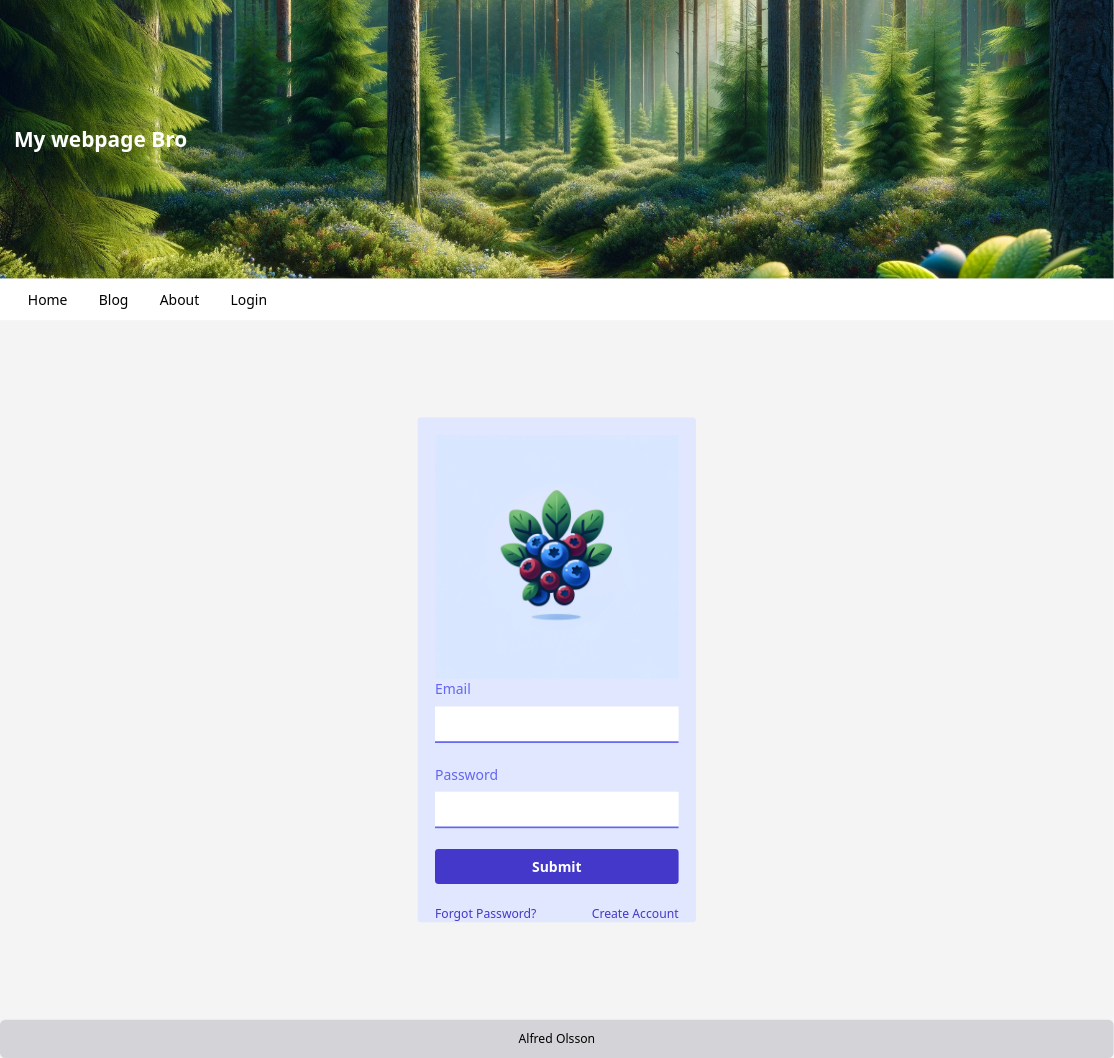
Repository: AlligatorAffe/reactWebsite
Page: /pages/login
These files come from the project's save history. The page is drawn as it stood at one moment and after the next save; the edit follows.
The browser window is 1280 px wide. The pictures show the whole page, at 87% of full size.
The project was rebuilt for these pictures with package versions that can differ from the ones it lists, and the page was loaded fresh each time. Also part of the build but not shown: vite.config.ts, src/Pages/blog.tsx, src/Pages/about.tsx, src/Components/Animation.tsx, src/Pages/noPage.tsx, src/Pages/Home.tsx.

Above is the page before, as saved 2024-02-06 11:04:34.

### src/App.tsx
import { BrowserRouter as Router, Routes, Route } from "react-router-dom";
import "./tailwind.css"; // Uppdatera sökvägen till din Tailwind CSS-fil

import Blog from "./Pages/blog";
import About from "./Pages/about";
import Login from "./Pages/login";

import NoPage from "./Pages/noPage";
import Layout from "./Components/Layout";
import Home from "./Pages/Home";

function App() {
  return (
    <Router>
      <Routes>
        <Route path="/" element={<Layout />}>
          <Route index element={<Home />} />
          <Route path="blogpost" element={<Blog />} />
          <Route path="pages/about" element={<About />} />
          <Route path="pages/login" element={<Login />} />
          <Route path="*" element={<NoPage />} />
          {/* Lägg till fler rutter efter behov */}
        </Route>
      </Routes>
    </Router>
  );
}

export default App;

/*
return (
  <>
    <Header title="Mitt project i landvetter"></Header>
    <div className="pb-60">
      <h1 className=" text-fuchsia-700">HEJ FRÅN FRAMSIDAN</h1>
    </div>
    <div className="card">
      <button onClick={() => setCount((count) => count + 1)}>
        count is {count}
      </button>
    </div>
  </>
);
}

*/

### src/tailwind.css
@tailwind base;
@tailwind components;
@tailwind utilities;


@layer components {
  .animate,
  .animate-reversed {
      display: flex;
      animation: scroll 40s linear infinite;
  }

  .animate-reversed {
      animation-direction: reverse;
  }

  @keyframes scroll {
    0%{

      transform: translateX(0);
    }
    100%{

      transform: translate(-50%);
    }
  }
  .blend-multiply {
    mix-blend-mode: multiply;
  }

}

### src/Pages/login.tsx
/* eslint-disable @typescript-eslint/no-unused-vars */
import {useRef, useEffect, useState } from "react";
import { Link, useNavigate } from "react-router-dom";
import { isUserLoggedIn } from "../Components/IsUserLoggedIn";

const USER_REGEX = /^[a-zA-Z][a-zA-Z0-9-_]{3,23}$/;
const PWD_REGEX = /^(?=.*[A-Z])(?=.*[A-Z])(?=.*[0-9])(?=.*[!@#$%]).{8,24}$/;


function Login() {
  const userRef = useRef();
  const errRef = useRef();
  const navigate = useNavigate();

  const [userEmail, setUserEmail] = useState(""); // the email the user uses to try to login with, also the same email that is sent to the backend
  const [inputPassword, setInputPassword] = useState(""); // password the user inputs and the password that is sent to backend
  const [error, setError] = useState(""); // State to handle error

  const [success,setSuccess] = useState(false);



  const loggedIn = isUserLoggedIn();

  useEffect(()=>{
    setError("");
  },[userEmail,inputPassword])

  const handleLogin = async (e) => {
    e.preventDefault();
    //setError(""); // Återställ tidigare felmeddelanden vid varje inloggningsförsök

    if (!userEmail || userEmail.trim() === "") {
      setError("Username cannot be empty.");
      return;
    }
    if (!inputPassword || inputPassword.trim() === "") {
      setError("Password cannot be empty.");
      return;
    }

    try {
      const response = await fetch("http://localhost:8080/user/generateToken", {
        method: "POST",
        headers: {
          "Content-Type": "application/x-www-form-urlencoded",
        },
        body: `grant_type=password&username=${encodeURIComponent(userEmail)}&password=${encodeURIComponent(
					inputPassword
				)}`,
      });
      const body = await response.json();
      const token = body.token;

      switch (response.status) {
        case 200:
          console.log("success code 200");
          //navigate("/");
          setUserEmail("");
          setInputPassword("");
          isUserLoggedIn(token);
          break;
        case 400:
          setError("Incorrect username or password");
          break;
        case 401:
          setError("Incorrect username or password");
          break;
        case 500:
          setError(body.error); /*"Internal Server Error");*/
          break;
        default:
          setError("An error occurred while logging in.");
          break;
      }
    } catch (error) {
      setError("An error occurred while logging in.");
    }
  };

  return (
    <div>

      {loggedIn ? (
        <p>Du lyckades logga in</p>
      ) : (
        <div className="py-28">
          <div className="w-full max-w-xs m-auto bg-indigo-100 rounded p-5">
            <header>
              <img
                className="w-30 mx-auto blend-multiply"
                src="/blabar.png"
                alt="icon"
              />
            </header>
            <form onSubmit={handleLogin}>
              <div>
                <label className="block mb-2 text-indigo-500" htmlFor="username">
                  Email
                </label>
                <input
                  className="w-full p-2 mb-6 text-indigo-700 border-b-2 border-indigo-500 outline-none focus:bg-gray-300"
                  type="userEmail"
                  name="userEmail"
                  value={userEmail}
                  onChange={(e) => setUserEmail(e.target.value)}
                ></input>
              </div>
              <div>
                <label className="block mb-2 text-indigo-500" htmlFor="password">
                  Password
                </label>
                <input
                  className="w-full p-2 mb-6 text-indigo-700 border-b-2 border-indigo-500 outline-none focus:bg-gray-300"
                  type="password"
                  value={inputPassword}
                  onChange={(e) => setInputPassword(e.target.value)}
                  name="password"
                ></input>
              </div>
              <div>
                <input
                  className="w-full bg-indigo-700 hover:bg-pink-700 text-white font-bold py-2 px-4 mb-6 rounded"
                  type="submit"
                ></input>
              </div>
            </form>
            {error && <p className="text-red-500">{error}</p>}
            <footer>
              <Link
                to="/forgot-password"
                className="text-indigo-700 hover:text-pink-700 text-sm float-left"
              >
                Forgot Password?
              </Link>
              <Link
                to="/create-account"
                className="text-indigo-700 hover:text-pink-700 text-sm float-right"
              >
                Create Account
              </Link>
            </footer>
          </div>
        </div>
      )}
    </div>
  );
}

export default Login;

### src/Components/Layout.tsx
import Footer from "../Components/Footer";
import Header from "../Components/Header";
import Navbar from "../Components/Navbar";
import { Outlet } from "react-router-dom";

const Layout = () => {
  return (
    <div className="flex flex-col min-h-screen bg-zinc-100 text-black">
      <Header title="My webpage Bro" />
      <Navbar />
      <div className="flex-grow">
        <Outlet /> {/* Denna del renderar den aktuella sidans innehåll */}
      </div>
      <Footer title="Alfred Olsson" />
    </div>
  );
};

export default Layout;

### src/Components/IsUserLoggedIn.tsx
import { useEffect, useState } from "react";

export function isUserLoggedIn(mytoken) {
  const [isLoggedIn, setIsLoggedIn] = useState(false);
  useEffect(() => {
    const token = localStorage.getItem("token")
    // Här kan du lägga till ytterligare logik för att validera token om nödvändigt
    if(mytoken != 0 ){
      console.log("hey hey")
    }

    setIsLoggedIn(!!token);
  }, []);

  return isLoggedIn;
}

### src/Components/Footer.tsx
type Props = {
  title: string;
};

export default function Footer({ title }: Props) {
  return (
    <footer className="bg-zinc-300 rounded-md p-3">
      <h3 className="text-black text-center text-sm font-medium">{title}</h3>
    </footer>
  );
}

### src/Components/Header.tsx
type Props = {
  title: string;
};

export default function Header({ title }: Props) {
  return (
    <header className="relative flex items-center h-80">
      <img
        src="/svenskaSkogen.png"
        alt="Logo"
        className="absolute inset-0 w-full h-full object-cover z-0"
      />
      <h1 className="absolute z-10 text-2xl font-bold text-white m-4">
        {" "}
        {/* Justera margin efter behov */}
        {title}
      </h1>
    </header>
  );
}

### src/Components/Navbar.tsx
export default function Navbar() {
  const navLinks = [
    { href: "/", label: "Home" },
    { href: "/blogpost", label: "Blog" },
    { href: "/Pages/about", label: "About" },
    { href: "/pages/login", label: "Login" },
  ];
  return (
    <nav className="bg-white p-3">
      <ul className="flex space-x-4">
        {navLinks.map((link, index) => (
          <li key={index}>
            <div className="pl-5">
              <a href={link.href}>{link.label}</a>
            </div>
          </li>
        ))}
      </ul>
    </nav>
  );
}

Loaded but not shown: index.html (common file); src/main.tsx (common file); tailwind.config.js (common file)

After the next save:
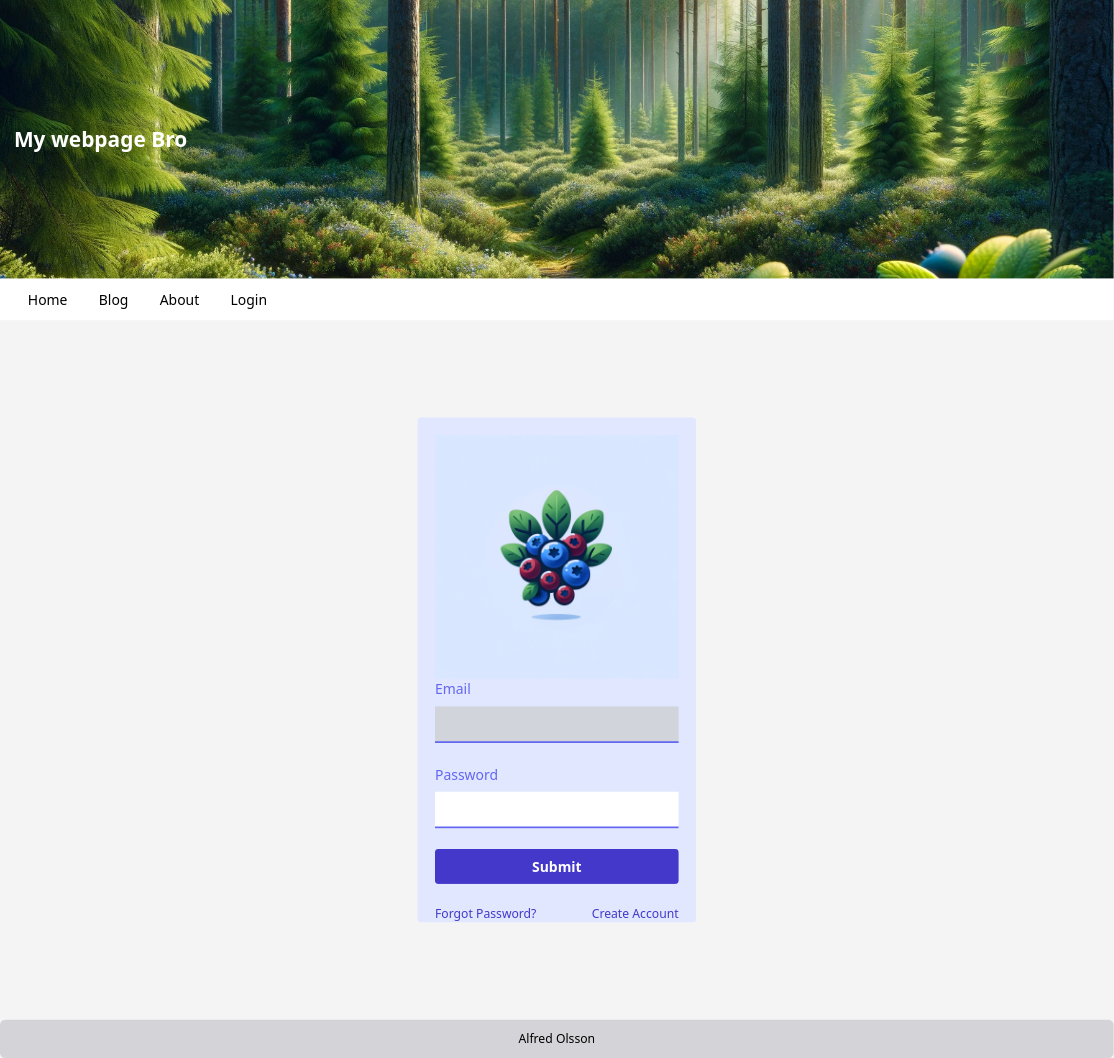
Saved 6 min 25 s later.
--- a/src/Pages/login.tsx
+++ b/src/Pages/login.tsx
@@ -19,6 +19,10 @@ function Login() {
   const [success,setSuccess] = useState(false);
 
 
+
+  useEffect(() =>{
+    userRef.current.focus();
+  }, [])
 
   const loggedIn = isUserLoggedIn();
 
@@ -103,6 +107,8 @@ function Login() {
                   type="userEmail"
                   name="userEmail"
                   value={userEmail}
+                  ref={userRef}
+                  required
                   onChange={(e) => setUserEmail(e.target.value)}
                 ></input>
               </div>
@@ -116,6 +122,8 @@ function Login() {
                   value={inputPassword}
                   onChange={(e) => setInputPassword(e.target.value)}
                   name="password"
+                  required
+
                 ></input>
               </div>
               <div>
